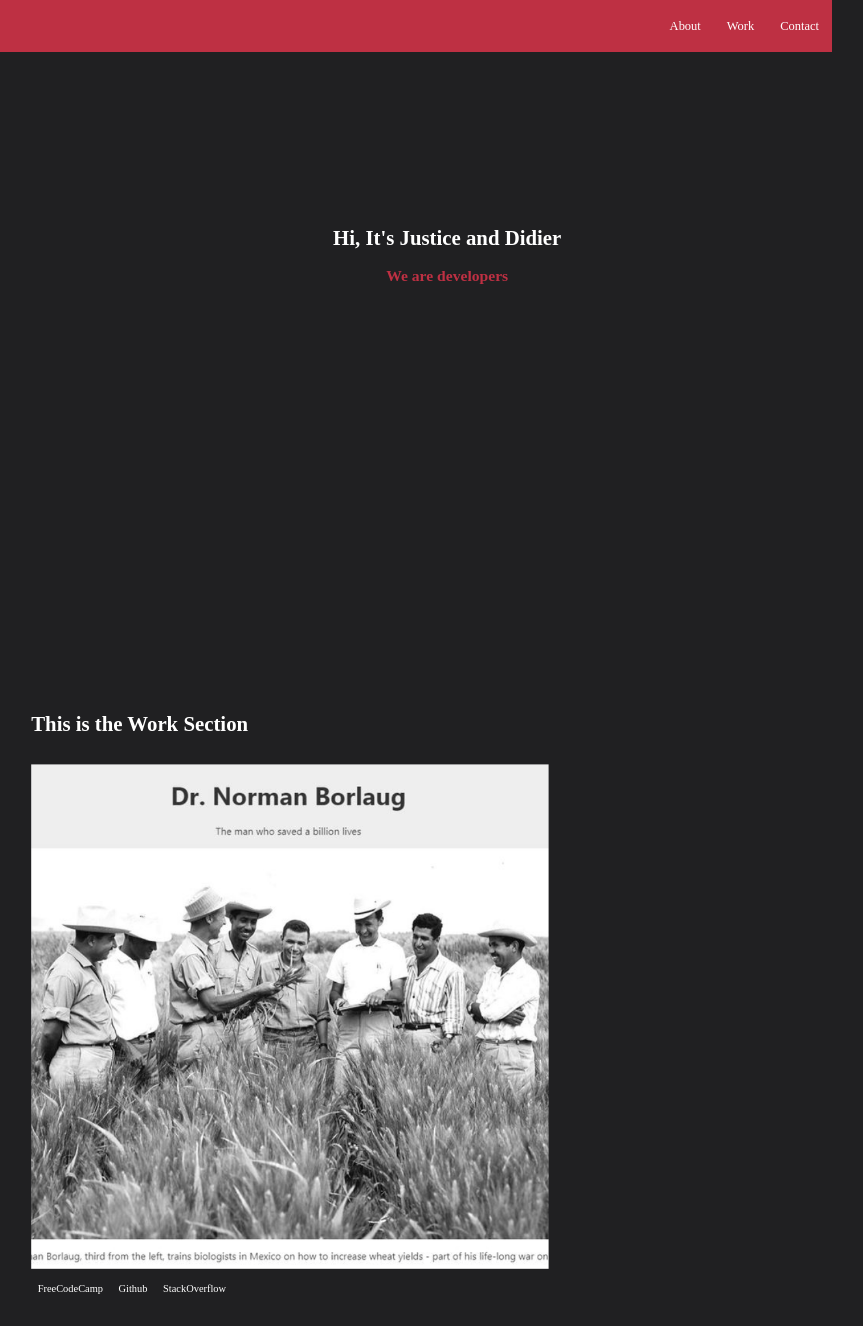
Repository: justicebhekani88/microverse_portfolio_project
Page: index.html
An editor plug-in stored every save of this project. The page is shown before and after the next save, followed by the edit.
The browser window is 1280 px wide. The page is 1328 px wide, so the pictures cover 1328 px, including what lies to the right of the window. The pictures show the whole page, at 65% of full size.

Above is the page before, as saved 2022-07-21 15:16:01.

After the next save:
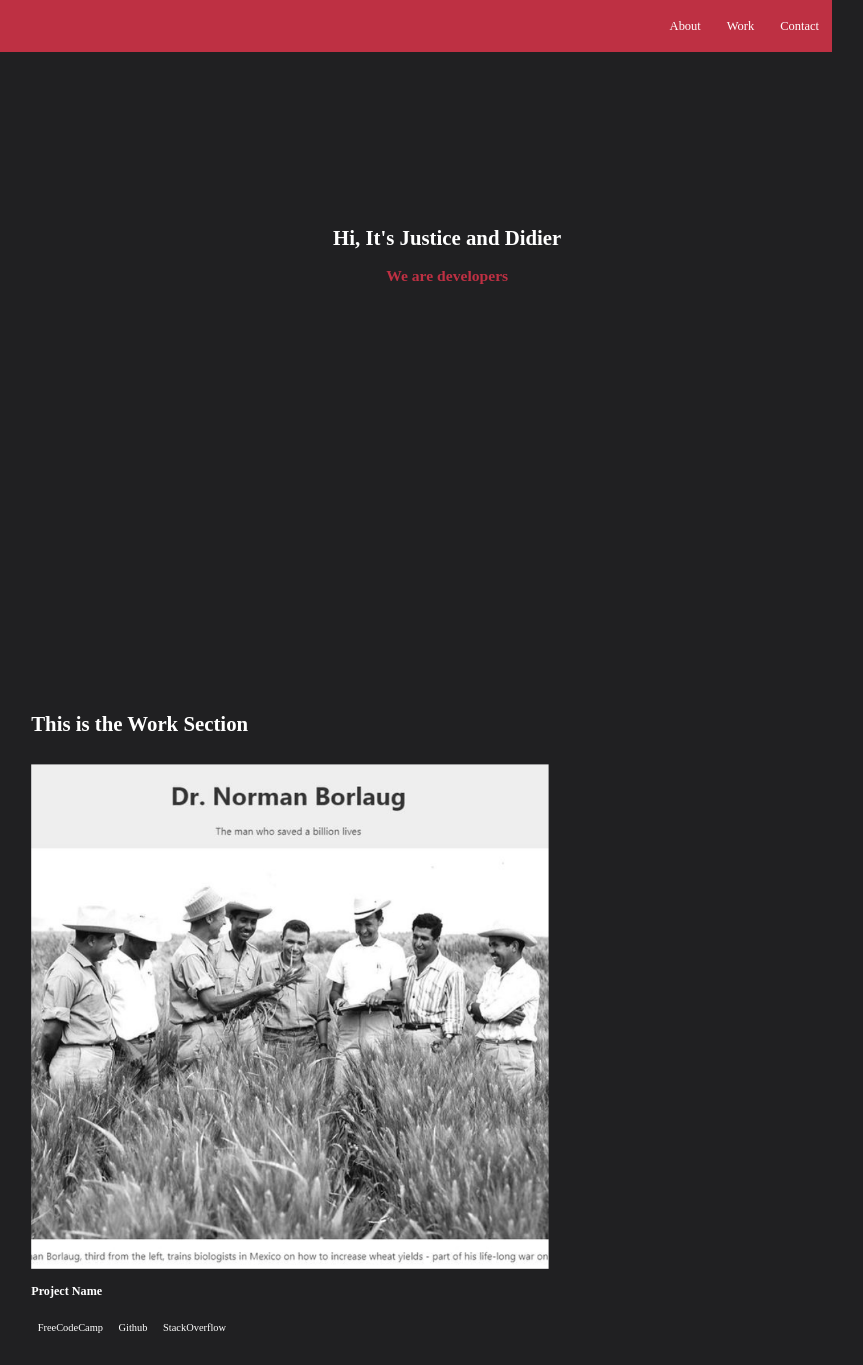
Saved 21 s later.
--- a/index.html
+++ b/index.html
@@ -30,6 +30,7 @@
             <a href="">
                 <div>
                     <img src="project.png" alt="Project Image">
+                    <h3>Project Name</h3>
                 </div>
             </a>
         </div>
